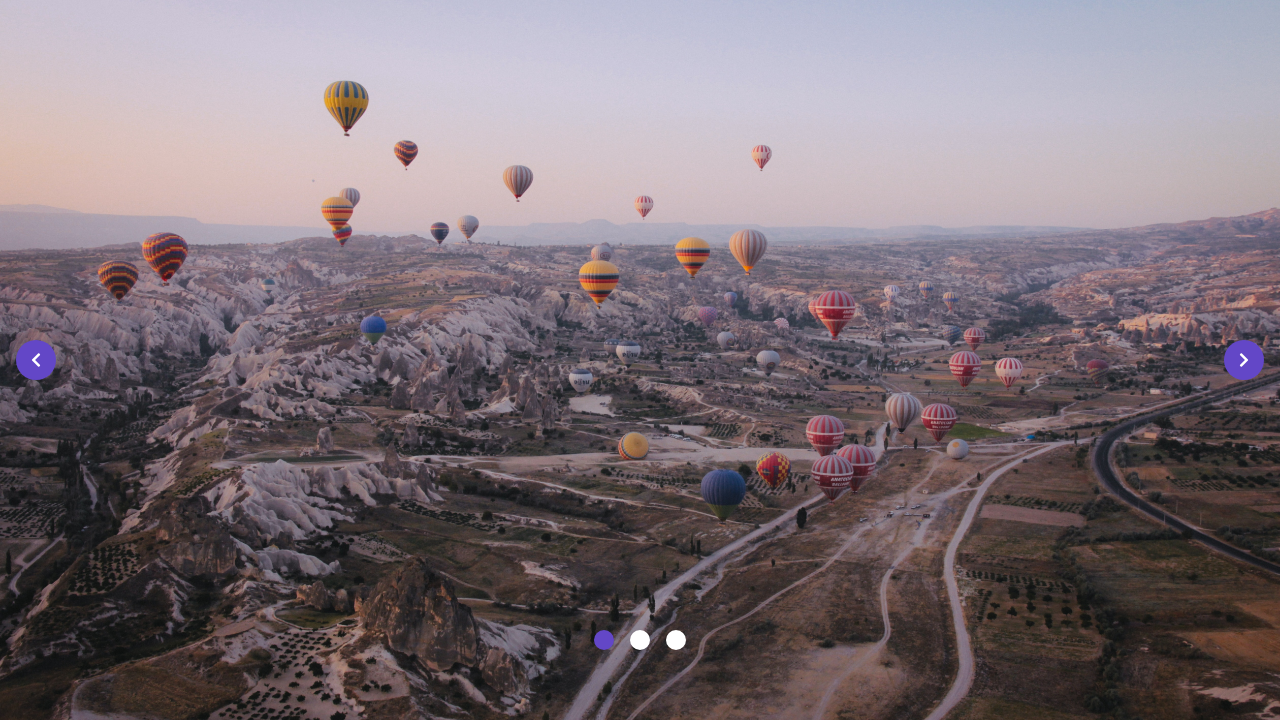
Repository: tomas938/vue-3-carousel-main
Page: /
These files come from the project's save history. The page is drawn as it stood at one moment and after the next save; the edit follows.
The browser window is 1280 px wide. The pictures show the whole page.
The project was rebuilt for these pictures with package versions that can differ from the ones it lists, and the page was loaded fresh each time.

Above is the page before, as saved 2021-07-28 12:31:58.

### public/index.html
<!DOCTYPE html>
<html lang="">
  <head>
    <meta charset="utf-8" />
    <meta http-equiv="X-UA-Compatible" content="IE=edge" />
    <meta name="viewport" content="width=device-width,initial-scale=1.0" />
    <link rel="icon" href="<%= BASE_URL %>favicon.ico" />
    <link
      rel="stylesheet"
      href="https://cdnjs.cloudflare.com/ajax/libs/font-awesome/5.15.3/css/all.min.css"
      integrity="sha512-iBBXm8fW90+nuLcSKlbmrPcLa0OT92xO1BIsZ+ywDWZCvqsWgccV3gFoRBv0z+8dLJgyAHIhR35VZc2oM/gI1w=="
      crossorigin="anonymous"
      referrerpolicy="no-referrer"
    />
    <title><%= htmlWebpackPlugin.options.title %></title>
  </head>
  <body>
    <noscript>
      <strong
        >We're sorry but <%= htmlWebpackPlugin.options.title %> doesn't work properly
        without JavaScript enabled. Please enable it to continue.</strong
      >
    </noscript>
    <div id="app"></div>
    <!-- built files will be auto injected -->
  </body>
</html>

### src/App.vue
<template>
	<router-view />
</template>

<style lang="scss">
* {
	margin: 0;
	padding: 0;
	box-sizing: border-box;
}
</style>

### src/views/Home.vue
<template>
	<div class="home">
		<Carousel
			:navigation="true"
			:pagination="true"
			:startAutoPlay="false"
			:timeout="5000"
			class="carousel"
			v-slot="{ currentSlide }"
		>
			<Slide v-for="(slide, index) in carouselSlides" :key="index">
				<div v-show="currentSlide === index + 1" class="slide-info">
					<img :src="require(`../assets/${slide}.jpg`)" alt="" />
				</div>
			</Slide>
		</Carousel>
	</div>
</template>

<script>
import Carousel from "../components/Carousel.vue";
import Slide from "../components/Slide.vue";

export default {
	name: "Home",
	components: { Carousel, Slide },
	setup() {
		const carouselSlides = ["bg-1", "bg-2", "bg-3"];

		return { carouselSlides };
	},
};
</script>

<style lang="scss" scoped>
.carousel {
	position: relative;
	min-height: 100vh;
	// height: 100vh;

	.slide-info {
		position: absolute;
		top: 0;
		left: 0;
		width: 100%;
		max-height: 100%;
		height: 100%;
		overflow: hidden;
		img {
			min-width: 100%;
			height: 100%;
			object-fit: cover;
		}
	}
}
</style>

### src/components/Carousel.vue
<template>
	<div class="carousel">
		<slot :currentSlide="currentSlide" />

		<!-- Navigation -->
		<div v-if="navEnabled" class="navigate">
			<div class="toggle-page left">
				<i @click="prevSlide" class="fas fa-chevron-left"></i>
			</div>
			<div class="toggle-page right">
				<i @click="nextSlide" class="fas fa-chevron-right"></i>
			</div>
		</div>

		<!-- Pagination -->
		<div v-if="pagintationEnabled" class="pagination">
			<span
				@click="goToSlide(index)"
				v-for="(slide, index) in getSlideCount"
				:key="index"
				:class="{ active: index + 1 === currentSlide }"
			>
			</span>
		</div>
	</div>
</template>

<script>
import { ref, onMounted } from "vue";
export default {
	props: ["startAutoPlay", "timeout", "navigation", "pagination"],
	setup(props) {
		const currentSlide = ref(1);
		const getSlideCount = ref(null);
		const autoPlayEnabled = ref(
			props.startAutoPlay === undefined ? true : props.startAutoPlay
		);
		const timeoutDuration = ref(
			props.timeout === undefined ? 5000 : props.timeout
		);
		const pagintationEnabled = ref(
			props.pagination === undefined ? true : props.pagination
		);
		const navEnabled = ref(
			props.navigation === undefined ? true : props.navigation
		);

		// next slide
		const nextSlide = () => {
			if (currentSlide.value === getSlideCount.value) {
				currentSlide.value = 1;
				return;
			}
			currentSlide.value += 1;
		};

		// prev slide
		const prevSlide = () => {
			if (currentSlide.value === 1) {
				currentSlide.value = getSlideCount.value;
				return;
			}
			currentSlide.value -= 1;
		};

		const goToSlide = (index) => {
			currentSlide.value = index + 1;
		};

		// autoplay
		const autoPlay = () => {
			setInterval(() => {
				nextSlide();
			}, timeoutDuration.value);
		};

		if (autoPlayEnabled.value) {
			autoPlay();
		}

		onMounted(() => {
			getSlideCount.value = document.querySelectorAll(".slide").length;
		});

		return {
			currentSlide,
			nextSlide,
			prevSlide,
			getSlideCount,
			goToSlide,
			pagintationEnabled,
			navEnabled,
		};
	},
};
</script>

<style lang="scss">
.navigate {
	padding: 0 16px;
	height: 100%;
	width: 100%;
	position: absolute;
	display: flex;
	justify-content: space-between;
	align-items: center;

	i {
		cursor: pointer;
		display: flex;
		align-items: center;
		justify-content: center;
		border-radius: 50%;
		width: 40px;
		height: 40px;
		background-color: #6347c7;
		color: #fff;
	}
}

.pagination {
	position: absolute;
	bottom: 70px;
	width: 100%;
	display: flex;
	gap: 16px;
	justify-content: center;
	align-items: center;

	span {
		cursor: pointer;
		width: 20px;
		height: 20px;
		border-radius: 50%;
		background-color: #fff;
		box-shadow: 0 1px 3px 0 rgba(0, 0, 0, 0.1), 0 1px 2px 0 rgba(0, 0, 0, 0.06);
	}

	.active {
		background-color: #6347c7;
	}
}
</style>

### src/components/Slide.vue
<template>
  <div class="slide">
    <transition name="slide">
      <slot />
    </transition>
  </div>
</template>

<script>
export default {};
</script>

<style lang="scss">
.slide-enter-active,
.slide-leave-active {
  transition: opacity 0.7s ease-in-out;
}

.slide-enter-from,
.slide-leave-to {
  opacity: 0;
}

.slide-enter-to,
.slide-leave-from {
  opacity: 1;
}
</style>

Loaded but not shown: src/main.js (common file); src/router/index.js (common file)

After the next save:
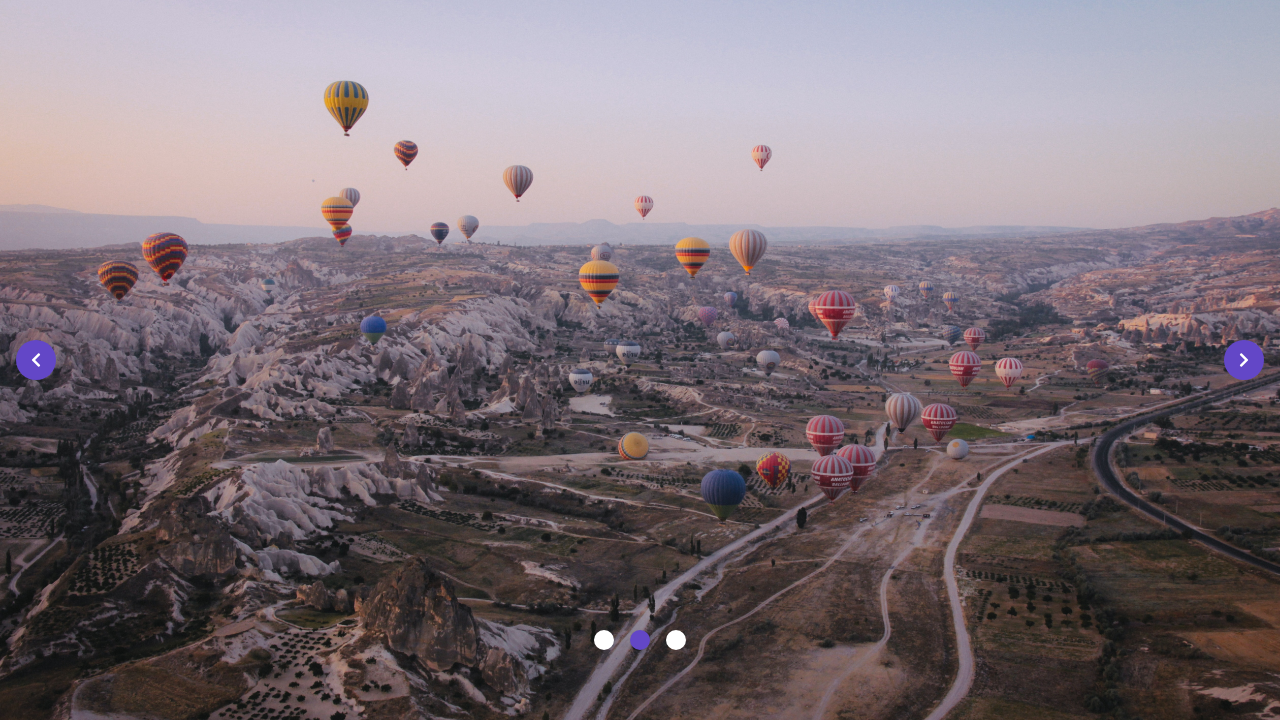
Saved 3 min 42 s later.
--- a/src/views/Home.vue
+++ b/src/views/Home.vue
@@ -3,7 +3,7 @@
 		<Carousel
 			:navigation="true"
 			:pagination="true"
-			:startAutoPlay="false"
+			:startAutoPlay="true"
 			:timeout="5000"
 			class="carousel"
 			v-slot="{ currentSlide }"
